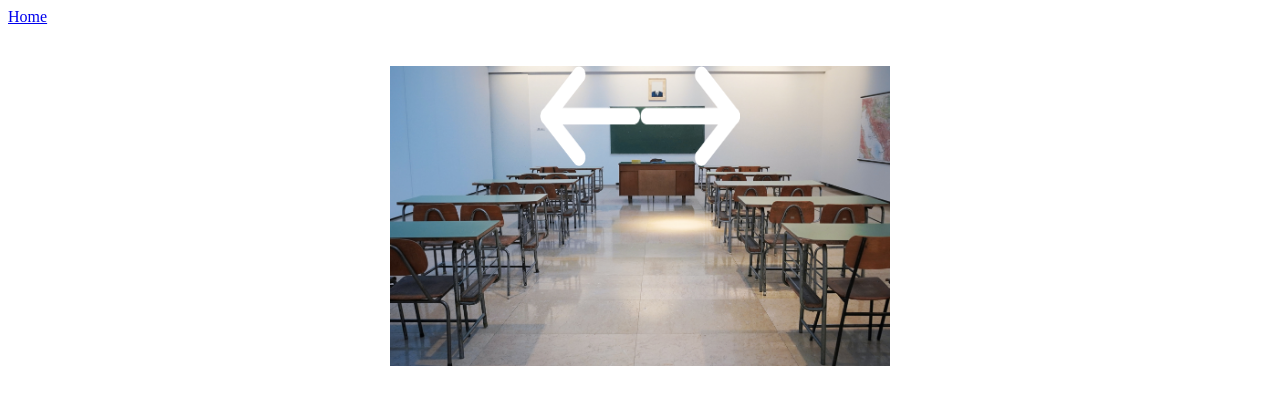
Repository: RonanKhalilOlaes/Class08
Page: /carouselPage
An editor plug-in stored every save of this project. The page is shown before and after the next save, followed by the edit.
The browser window is 1280 px wide. The pictures show the whole page.
The project was rebuilt for these pictures with package versions that can differ from the ones it lists, and the page was loaded fresh each time. The framework's server and built-in components were replaced by stand-ins that run in the browser. Also part of the build but not shown: next.config.js.

Above is the page before, as saved 2023-02-20 22:45:59.

### pages/carouselPage.js
import Carousel from "@/component/carousel";
import Link from "next/link";

export default function CarouselPage() {
    return (
        <>
            <Link href="/">Home</Link>
            <Carousel/>
        </>
    )
}

### styles/globals.css
:root {

}

### component/carousel/index.js

import Image from "next/image"
import { useState } from "react"
import styles from '/component/carousel/Carousel.module.css'

export default function Carousel () {

    const [img, setImg] = useState(0);

    const changeImage = (change) => {
            if(change == "backward") {
                setImg(img - 1);

                if(img == 0){
                    setImg(5);
                }
                console.log(img);

            }else if (change == "forward") {
                setImg(img +1);
                if(img == 5) {
                    setImg(0);
                }
                console.log(img);
            }

        }

    return (
        <div
            className={styles.carousel}
            id="carouselImage"
        >
            <div style={{
                backgroundImage:"url(/carousel-images/" + img + ".jpg)",
                backgroundSize: 'cover',
                backgroundRepeat: "no-repeat",
                width: 500,
                height: 300
            }}>

            <div className={styles.arrow}>
                <Image
                    src={"/icons/leftArrow.png"}
                    alt={"/icons/leftArrow.png"}
                    width={100}
                    height={100}
                    onClick={() => changeImage("backward")}
                />

                <Image
                    src={"/icons/rightArrow.png"}
                    alt={"/icons/rightArrow.png"}
                    width={100}
                    height={100}
                    onClick={() => changeImage("forward")}
                />
            </div>

            </div>
        </div>
    )
}

### component/carousel/Carousel.module.css
.carousel {
            height: "200px";
            background-Repeat: no-repeat;
            background-Size: "cover";
            display: flex;
            justify-Content: center;
            align-items: center;
            margin: 40px 0px;
}

.arrow {
    display: flex;
    justify-content: center;
}

Loaded but not shown: pages/_app.js (common file); pages/_document.js (common file)

After the next save:
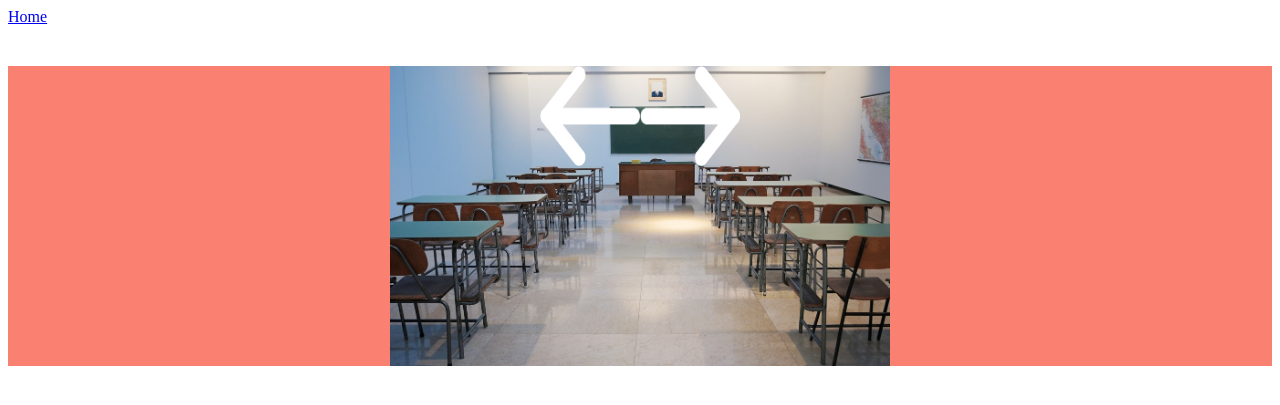
Saved 20 s later.
--- a/component/carousel/Carousel.module.css
+++ b/component/carousel/Carousel.module.css
@@ -6,6 +6,7 @@
             justify-Content: center;
             align-items: center;
             margin: 40px 0px;
+            background-color: salmon;
 }
 
 .arrow {
